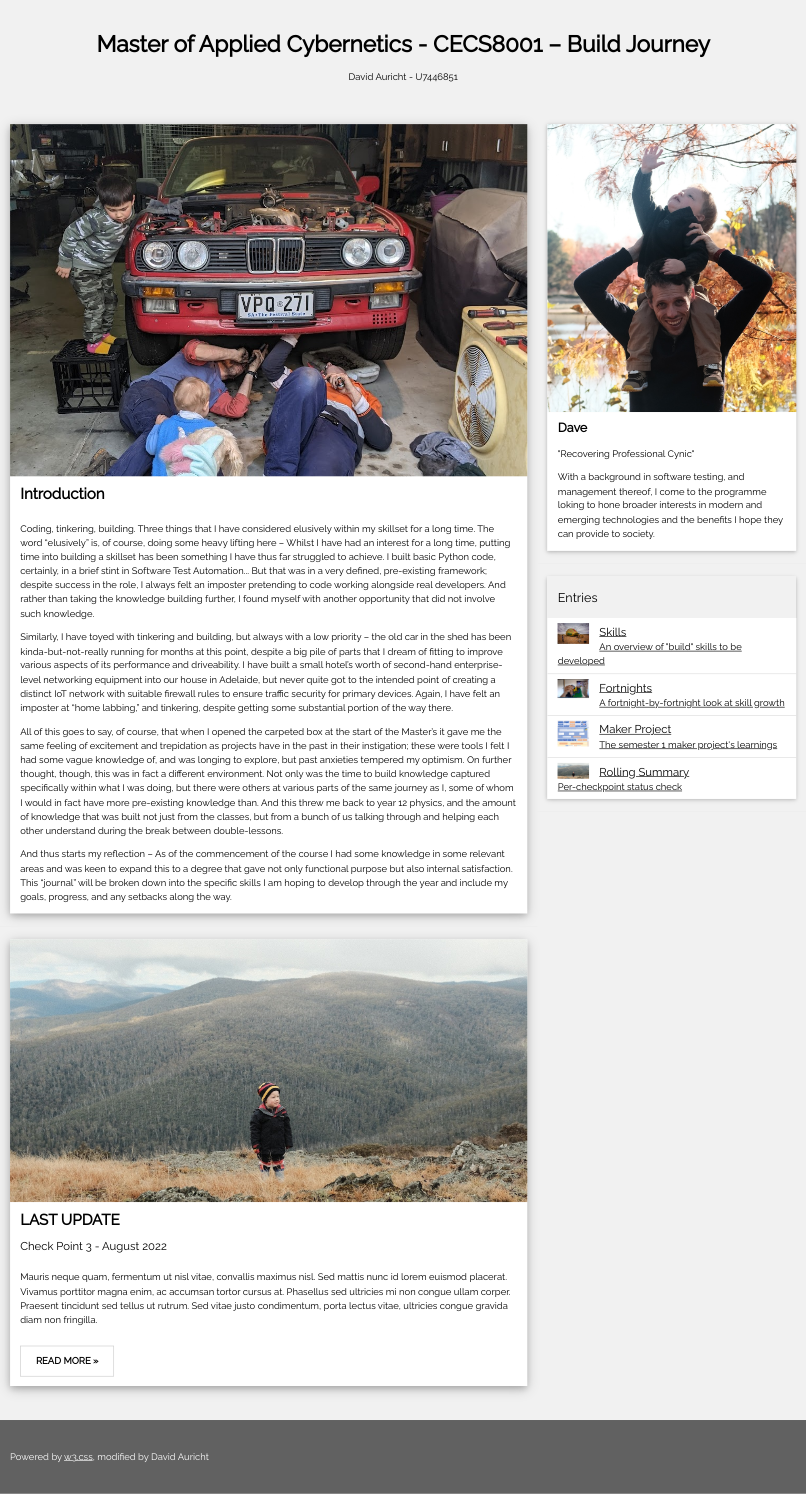
Repository: TodaysSawyer/cecs_8001_journal
Page: CECS_8001_build_journal/index.html
The author's editor kept a copy of each file at every save. The page is drawn from the files as they stood at one save, then again after the next save.
The browser window is 1280 px wide. The pictures show the whole page, at 63% of full size.

Above is the page before, as saved 2022-08-23 11:14:30.

After the next save:
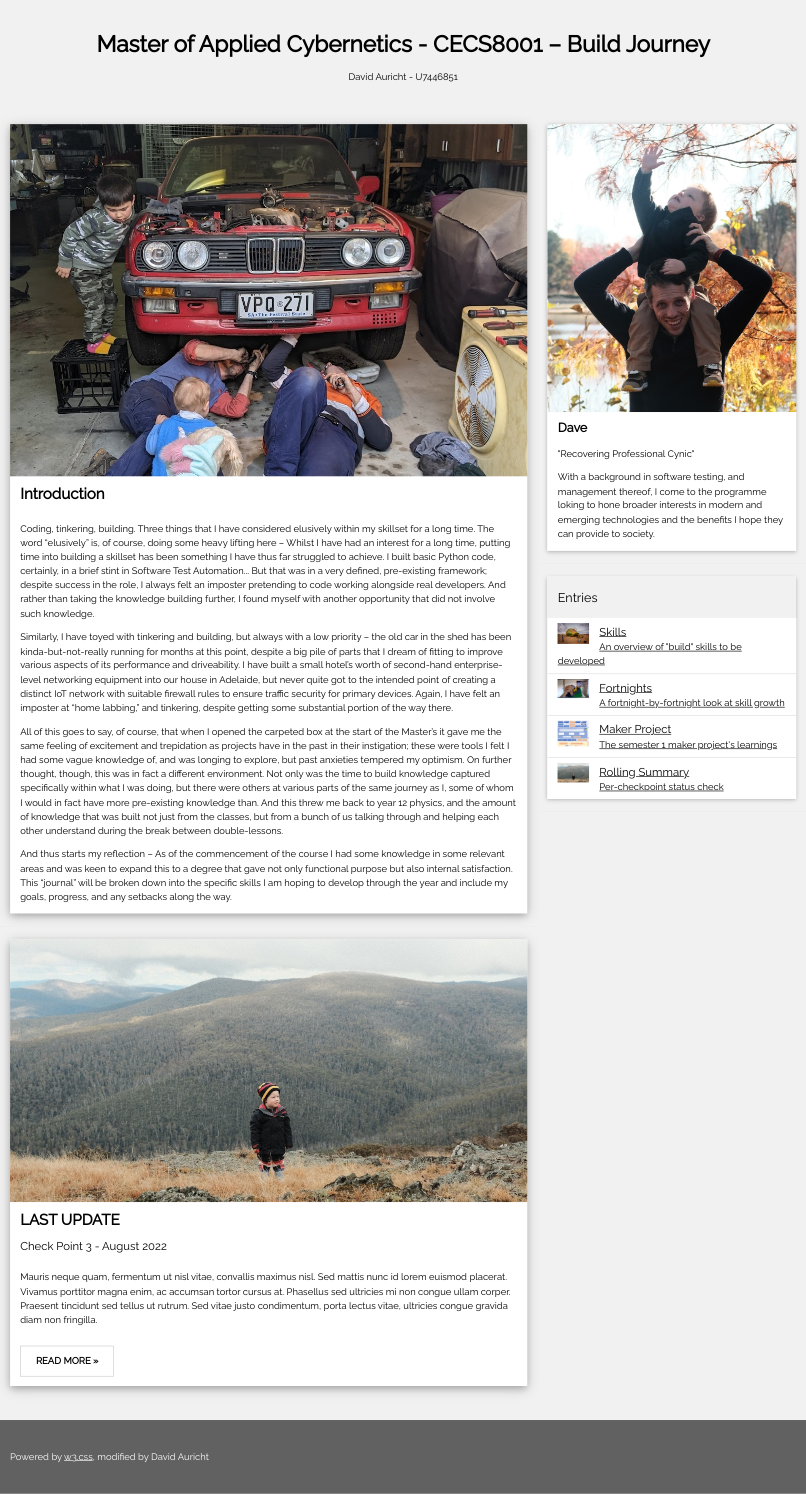
Saved 56 s later.
--- a/CECS_8001_build_journal/index.html
+++ b/CECS_8001_build_journal/index.html
@@ -108,7 +108,7 @@ and is wrapped around the whole page content, except for the footer in this exam
       </li>
       <li>
          <a href="rolling_summary.html" target="_self">
-         <img src="rolling_summary.jpg" alt="Image" class="w3-left w3-margin-right" style="width:50px">
+         <img src="rolling_summary_crop.jpg" alt="Image" class="w3-left w3-margin-right" style="width:50px">
          <span class="w3-large">Rolling Summary</span><br>
          <span>Per-checkpoint status check</span>
          </a>
